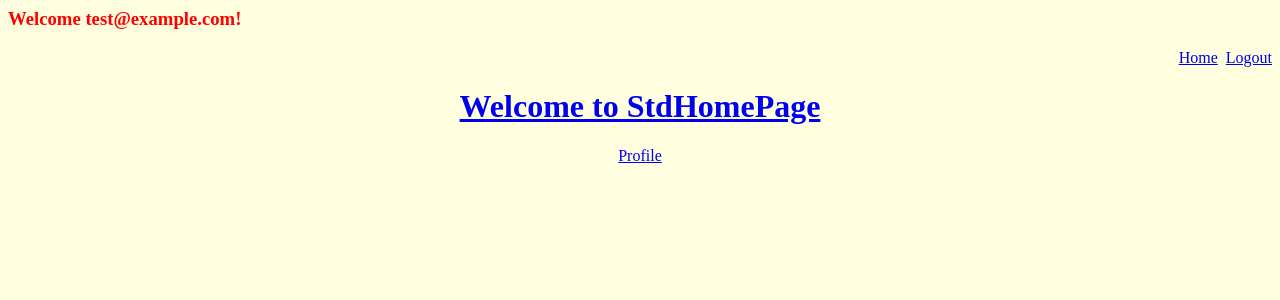
Repository: Konyala-Karthikeya/student_Details
Page: http://localhost/StudentWebApp/StdHomePage
An editor plug-in stored every save of this project. The page is shown before and after the next save, followed by the edit.
The browser window is 1280 px wide. The pictures show the whole page.
The page is served by Tomcat 9. The session is filled in as if someone had signed in: {"emailId": "test@example.com", "std": 1}. Other server files are loaded and not shown.

Above is the page before, as saved 2024-01-19 05:26:15.

### Sudent_Project/Workspace/StudentWebApp/src/com/web/StdHomePage.java
package com.web;

import java.io.IOException;
import java.io.PrintWriter;

import javax.servlet.ServletException;
import javax.servlet.annotation.WebServlet;
import javax.servlet.http.HttpServlet;
import javax.servlet.http.HttpServletRequest;
import javax.servlet.http.HttpServletResponse;
import javax.servlet.http.HttpSession;

@WebServlet("/StdHomePage")
public class StdHomePage extends HttpServlet {

	protected void doGet(HttpServletRequest request, HttpServletResponse response) throws ServletException, IOException {
		response.setContentType("text/html");
		PrintWriter out = response.getWriter();

		//String emailId = request.getParameter("emailId");

		HttpSession session = request.getSession(false);
		String emailId = (String) session.getAttribute("emailId");

		out.println("<body bgcolor='lightyellow' text='green'>");

		//For UserName
		out.print("<h3 style='color:red;'>Welcome " + emailId + "!</h3>");

		//For Logout
		out.print("<form align='right'>");
		out.print("<a href='StdHomePage'>Home</a> &nbsp;");
		out.print("<a href='Logout'>Logout</>");
		out.print("<form>");

		out.println("<center>");
		out.println("<h1>Welcome to StdHomePage</h1>");
		out.println("<a href='Profile'>Profile</a>");
		out.println("</center>");
		out.println("</body>");
	}

	protected void doPost(HttpServletRequest request, HttpServletResponse response) throws ServletException, IOException {

		doGet(request, response);
	}

}

After the next save:
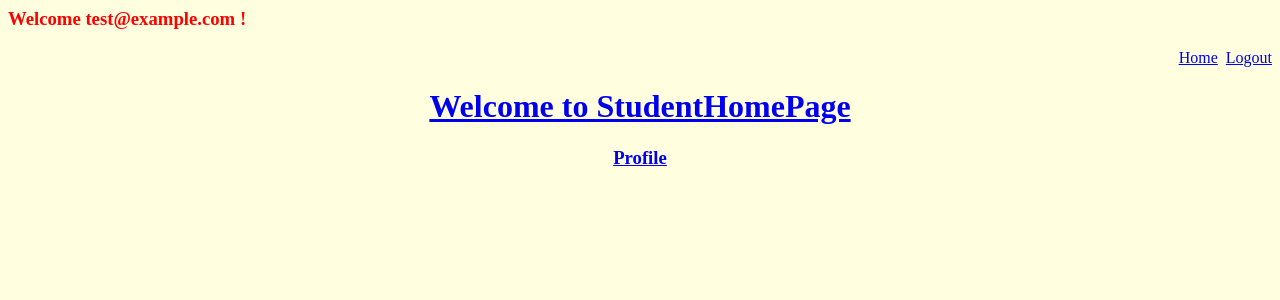
Saved 64 min 55 s later.
--- a/Sudent_Project/Workspace/StudentWebApp/src/com/web/StdHomePage.java
+++ b/Sudent_Project/Workspace/StudentWebApp/src/com/web/StdHomePage.java
@@ -17,27 +17,29 @@ public class StdHomePage extends HttpServlet {
 		response.setContentType("text/html");
 		PrintWriter out = response.getWriter();
 
-		//String emailId = request.getParameter("emailId");
+		  // String emailId = request.getParameter("emailId");
 
-		HttpSession session = request.getSession(false);
-		String emailId = (String) session.getAttribute("emailId");
+		    HttpSession session = request.getSession(false);
+		     String emailId = (String) session.getAttribute("emailId");
 
-		out.println("<body bgcolor='lightyellow' text='green'>");
+		    out.println("</html>");
+			out.println("<body bgcolor='lightyellow' text='red'>");
 
-		//For UserName
-		out.print("<h3 style='color:red;'>Welcome " + emailId + "!</h3>");
+			//for username
+			out.println("<h3 style = 'color:red;'>Welcome " + emailId +  " !</h3>");
+			//For Logout
+			out.print("<form align='right'>");
+			out.print("<a href='StudentHomePage'>Home</a> &nbsp;");
+			out.print("<a href='Logout'>Logout</>");
+			out.print("<form>");
 
-		//For Logout
-		out.print("<form align='right'>");
-		out.print("<a href='StdHomePage'>Home</a> &nbsp;");
-		out.print("<a href='Logout'>Logout</>");
-		out.print("<form>");
+			out.println("<center>");
+			out.println("<h1>Welcome to StudentHomePage</h1>");
+			out.println("<h3><a href='Profile'>Profile</a></h3>");
 
-		out.println("<center>");
-		out.println("<h1>Welcome to StdHomePage</h1>");
-		out.println("<a href='Profile'>Profile</a>");
-		out.println("</center>");
-		out.println("</body>");
+		    out.println("</center>");
+		    out.println("</body>");
+		    out.println("</html>");
 	}
 
 	protected void doPost(HttpServletRequest request, HttpServletResponse response) throws ServletException, IOException {
